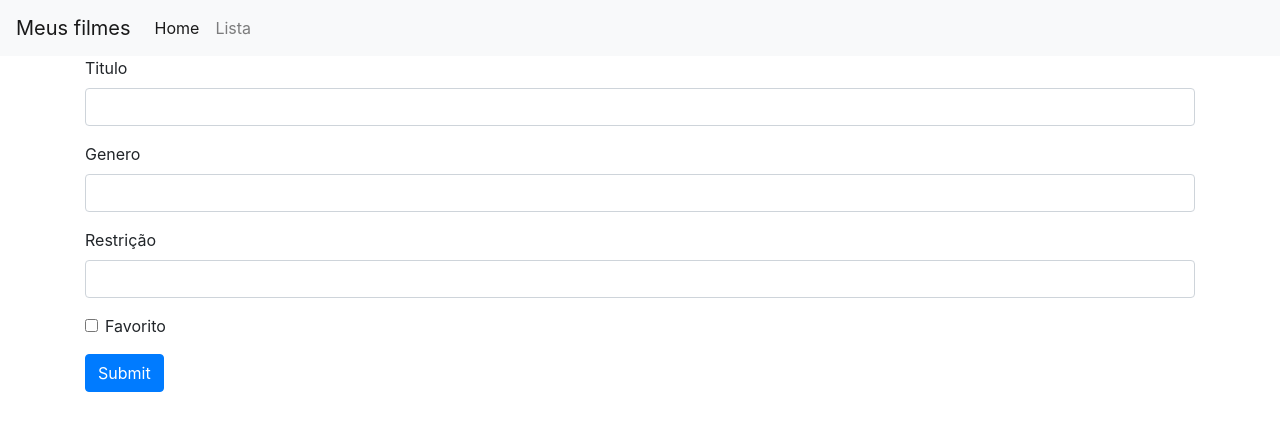
Repository: fernandoblumenau/javaWEB
Page: http://localhost/MeusFilmes/
The author's editor kept a copy of each file at every save. The page is drawn from the files as they stood at one save, then again after the next save.
The browser window is 1280 px wide. The pictures show the whole page.
The page is served by Tomcat 10. Other server files are loaded and not shown.

Above is the page before, as saved 2022-03-25 22:14:20.

### MeusFilmes/src/main/webapp/WEB-INF/home.jsp
<%@ page language="java" contentType="text/html; charset=ISO-8859-1"
    pageEncoding="ISO-8859-1"%>

<!DOCTYPE html>
<html>
<head>
<meta charset="ISO-8859-1">
<title>Meus Filmes</title>
<link rel="stylesheet" href="https://cdn.jsdelivr.net/npm/bootstrap@4.6.1/dist/css/bootstrap.min.css" integrity="sha384-zCbKRCUGaJDkqS1kPbPd7TveP5iyJE0EjAuZQTgFLD2ylzuqKfdKlfG/eSrtxUkn" crossorigin="anonymous">

</head>
<body>
	<header>


		<nav class="navbar navbar-expand-lg navbar-light bg-light">
		  <a class="navbar-brand" href="#">Meus filmes</a>
		  <button class="navbar-toggler" type="button" data-toggle="collapse" data-target="#navbarSupportedContent" aria-controls="navbarSupportedContent" aria-expanded="false" aria-label="Toggle navigation">
		    <span class="navbar-toggler-icon"></span>
		  </button>

		  <div class="collapse navbar-collapse" id="navbarSupportedContent">
		    <ul class="navbar-nav mr-auto">
		      <li class="nav-item active">
		        <a class="nav-link" href="#">Home <span class="sr-only">(current)</span></a>
		      </li>
		      <li class="nav-item">
		        <a class="nav-link" href="#">Lista</a>
		      </li>
		    </ul>
		  </div>
		</nav>
	</header>


<div class = "container mb-3" >
	<form>
	  <div class="mb-3">
	    <label for="titulo" class="form-label">Titulo</label>
	    <input type="text" class="form-control" id="titulo" name="email" aria-describedby="emailHelp">
	  </div>
	  <div class="mb-3">
	    <label for="genero" class="form-label">Genero</label>
	    <input type="text" class="form-control" id="genero" name="genero">
	  </div>
	  <div class="mb-3">
	    <label for="restricao" class="form-label">Restrição</label>
	    <input type="text" class="form-control" id="restricao" name="genero">
	  </div>
	  <div class="mb-3 form-check">
	    <input type="checkbox" class="form-check-input" id="exampleCheck1" name="favorito">
	    <label class="form-check-label" for="exampleCheck1">Favorito</label>
	  </div>
	  <button type="submit" class="btn btn-primary">Submit</button>
	</form>
</div>




<script src="https://cdn.jsdelivr.net/npm/jquery@3.5.1/dist/jquery.slim.min.js" integrity="sha384-DfXdz2htPH0lsSSs5nCTpuj/zy4C+OGpamoFVy38MVBnE+IbbVYUew+OrCXaRkfj" crossorigin="anonymous"></script>
<script src="https://cdn.jsdelivr.net/npm/bootstrap@4.6.1/dist/js/bootstrap.bundle.min.js" integrity="sha384-fQybjgWLrvvRgtW6bFlB7jaZrFsaBXjsOMm/tB9LTS58ONXgqbR9W8oWht/amnpF" crossorigin="anonymous"></script>


</body>
</html>

### MeusFilmes/src/main/java/br/com/projetosaula/meusfilmes/controller/HomeController.java
package br.com.projetosaula.meusfilmes.controller;

import java.io.IOException;

import org.apache.catalina.connector.Response;

import jakarta.servlet.RequestDispatcher;
import jakarta.servlet.Servlet;
import jakarta.servlet.ServletException;
import jakarta.servlet.annotation.WebServlet;
import jakarta.servlet.http.HttpServlet;
import jakarta.servlet.http.HttpServletRequest;
import jakarta.servlet.http.HttpServletResponse;


@WebServlet(name="HomeController", urlPatterns = "/")
public class HomeController extends HttpServlet implements Servlet {
	private static final long serialVersionUID = 1L;


    public HomeController() {

    }


	protected void doGet(HttpServletRequest request, HttpServletResponse response) throws ServletException, IOException {
		RequestDispatcher rd = request.getRequestDispatcher("WEB-INF/home.jsp");
		rd.forward(request, response);

		String nome = request.getParameter("email");
		System.out.println(nome);

	}


}

After the next save:
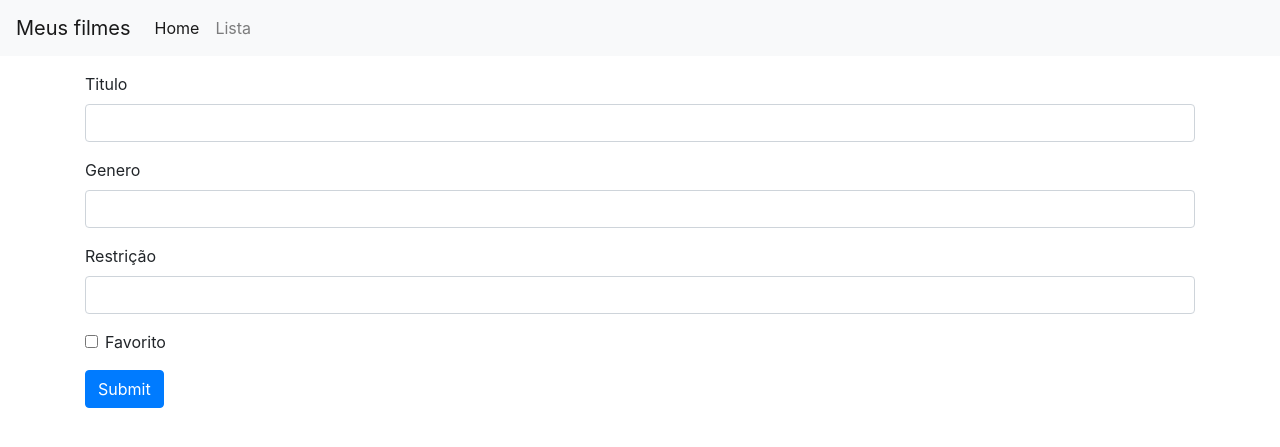
Saved 19 s later.
--- a/MeusFilmes/src/main/webapp/WEB-INF/home.jsp
+++ b/MeusFilmes/src/main/webapp/WEB-INF/home.jsp
@@ -33,7 +33,7 @@
 	</header>
 
 
-<div class = "container mb-3" >
+<div class = "container mt-3" >
 	<form>
 	  <div class="mb-3">
 	    <label for="titulo" class="form-label">Titulo</label>
